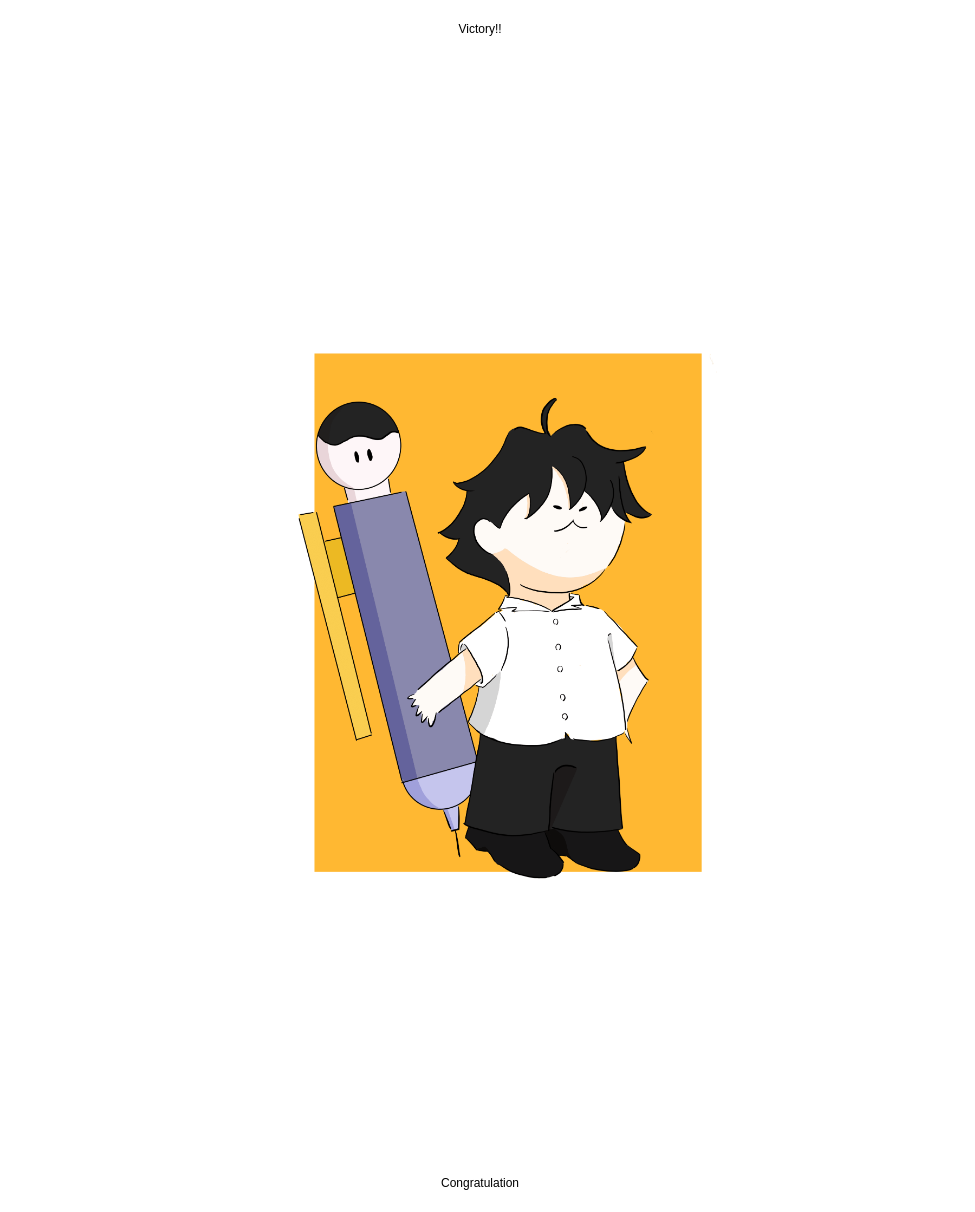
Repository: sean12-2007/Jailbreaker
Page: public/src/pages/endPage_victory.html
An editor plug-in stored every save of this project. The page is shown before and after the next save, followed by the edit.
The browser window is 1280 px wide. The page is 1300 px wide, so the pictures cover 1300 px, including what lies to the right of the window. The pictures show the whole page, at 75% of full size.

Above is the page before, as saved 2024-08-09 20:31:57.

After the next save:
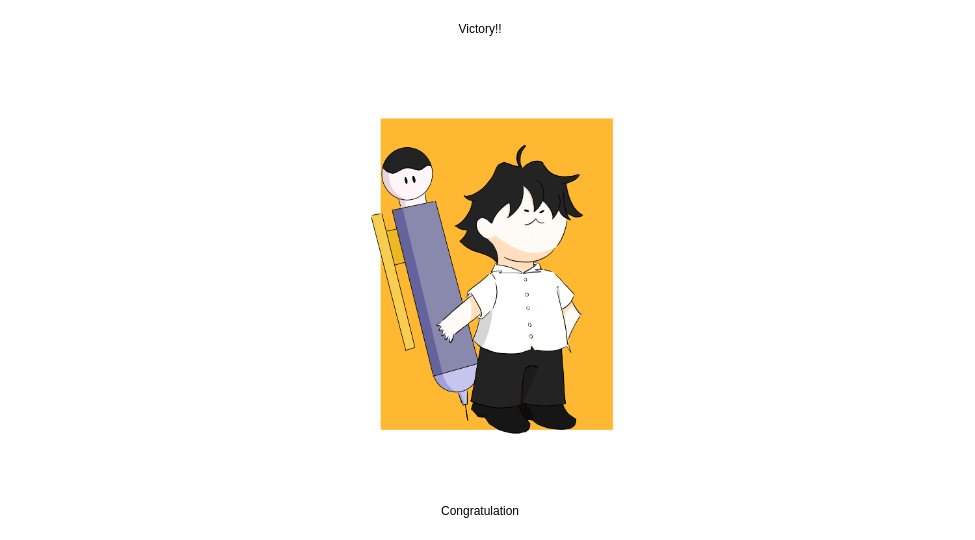
Saved 2 min 14 s later.
--- a/public/src/pages/endPage_victory.html
+++ b/public/src/pages/endPage_victory.html
@@ -11,7 +11,7 @@
         flex-direction: column;
         align-items: center;
         justify-content: center;
-        min-height: 100vh;
+        height: 100vh;
         margin: 0;
       }
       .box {
